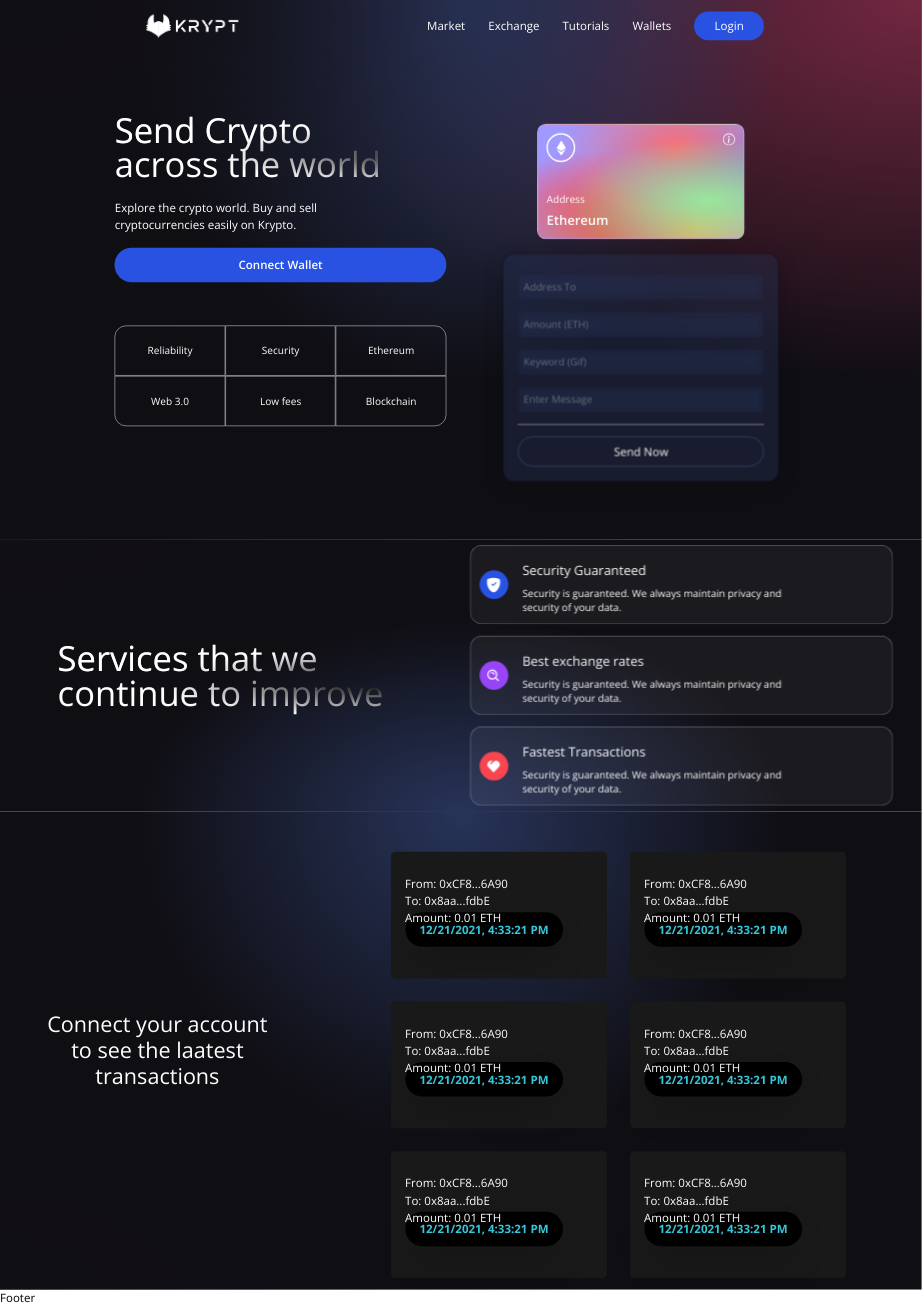
Repository: didierganthier/web3.0
Page: / (app in client/)
An editor plug-in stored every save of this project. The page is shown before and after the next save, followed by the edit.
The browser window is 1280 px wide. The pictures show the whole page, at 72% of full size.
The project was rebuilt for these pictures with package versions that can differ from the ones it lists, and the page was loaded fresh each time. Also part of the build but not shown: client/vite.config.js, client/src/components/Loader.jsx.

Above is the page before, as saved 2022-04-06 13:02:20.

After the next save:
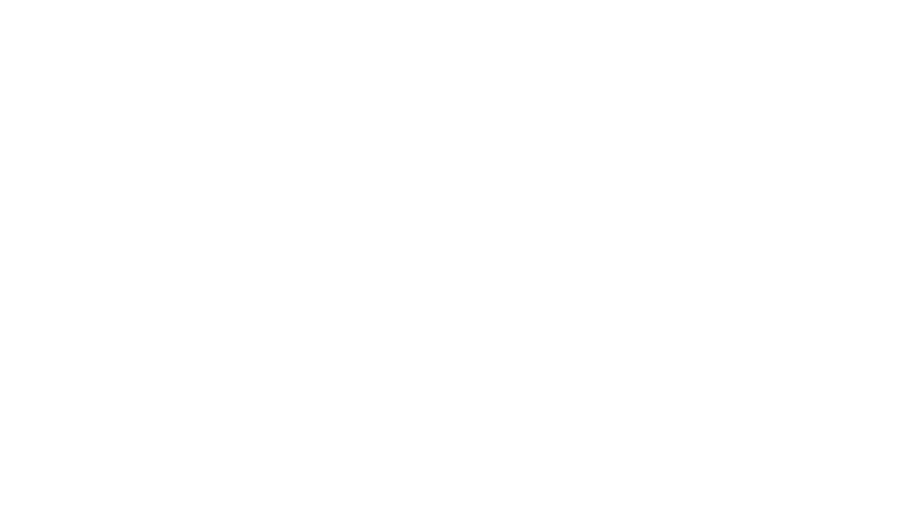
Console error: ReferenceError: keyword is not defined
Saved 46 s later.
--- a/client/src/components/Transactions.jsx
+++ b/client/src/components/Transactions.jsx
@@ -8,6 +8,8 @@
 import { shortenAddress } from '../utils/shortenAddress';
 
 function TransactionCard({ addressTo, addressFrom, timestamp, message, keyword, amount, url }) {
+  const gifUrl = useFetch({ keyword });
+
   return (
     <div className="bg-[#181918] m-4 flex flex-1 2xl:min-w[450px] 2xl:max-w-[500px] sm:min-w-[270px] sm:max-w-[300px] flex-col p-3 rounded-md hover:shadow-2xl">
       <div className='flex flex-col items-center w-full mt-3'>

After the 4 saves that followed:
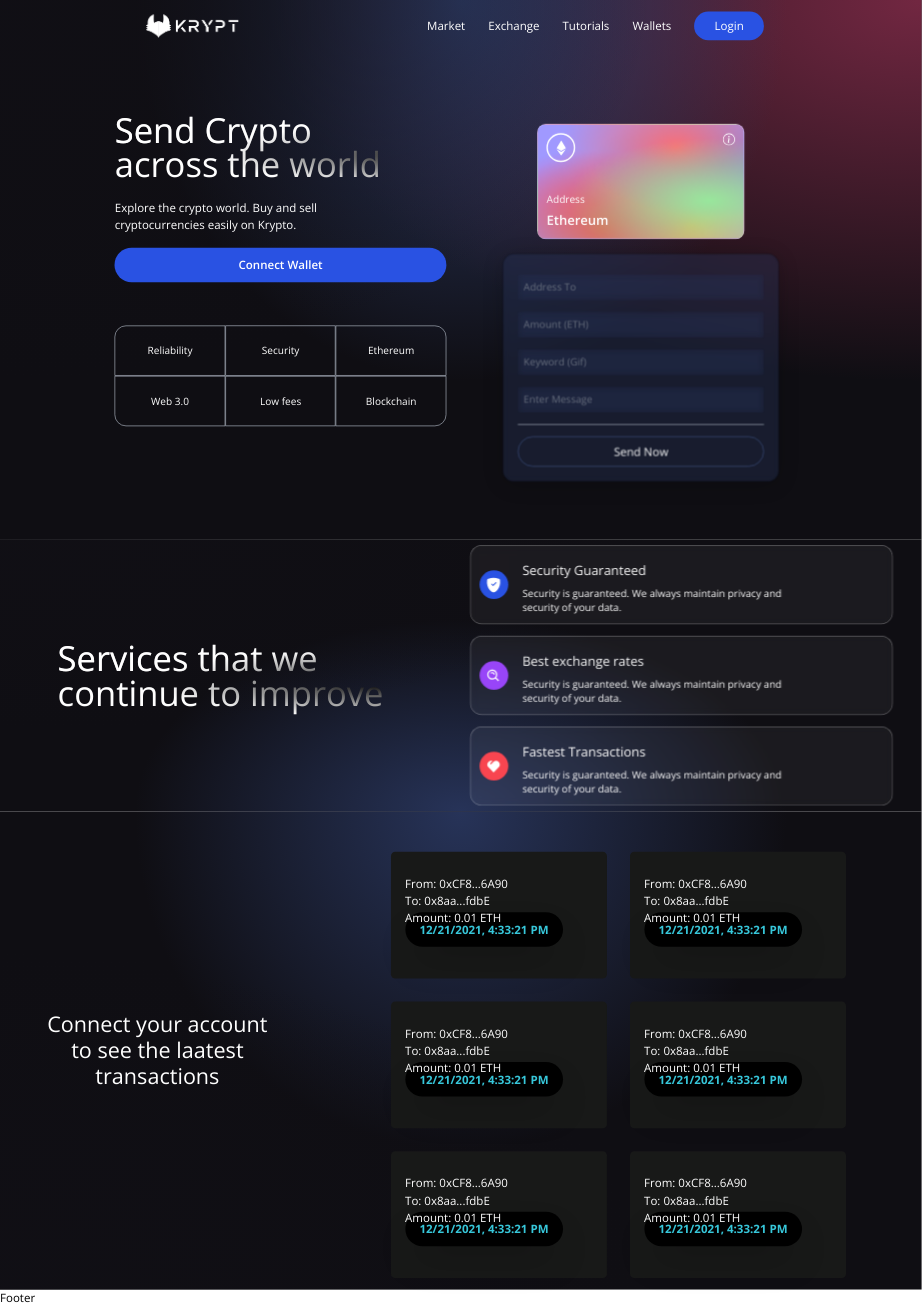
The error is gone.
The 4 saves are shown as one change because 3 left the picture as it was.
The last was saved 3 min 44 s later.
--- a/client/src/components/Transactions.jsx
+++ b/client/src/components/Transactions.jsx
@@ -7,7 +7,7 @@
 
 import { shortenAddress } from '../utils/shortenAddress';
 
-function TransactionCard({ addressTo, addressFrom, timestamp, message, keyword, amount, url }) {
+const TransactionCard = ({ addressTo, addressFrom, timestamp, message, keyword, amount, url }) => {
   const gifUrl = useFetch({ keyword });
 
   return (
--- a/client/src/hooks/useFetch.jsx
+++ b/client/src/hooks/useFetch.jsx
@@ -2,7 +2,7 @@ import { useEffect, useState } from "react";
 
 const API_KEY = import.meta.env.VITE_GIPHY_API;
 
-const useFetch = () => {
+const useFetch = ({ keyword }) => {
     const [gifUrl, setGifUrl] = useState("");
 
     const fetchGifs = async () => {
